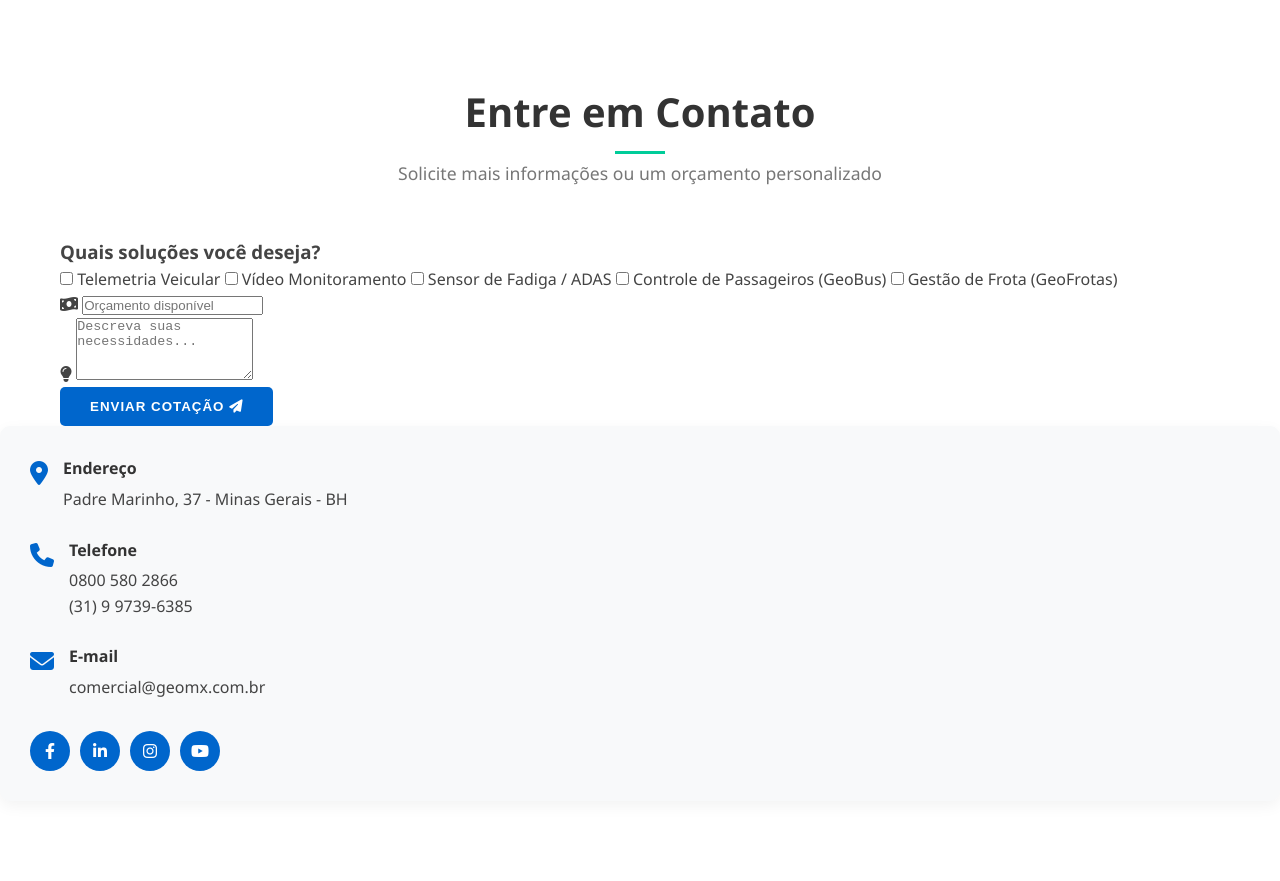
Repository: rocha1579/geomx
Page: telemetria.html
These files come from the project's save history. The page is drawn as it stood at one moment and after the next save; the edit follows.
The browser window is 1280 px wide. The pictures show the part of the page from y = 2314 to 3195 px (the page is 4063 px tall before and 4491 px after).
Pictures or frames that could not be fetched are drawn as grey boxes. Backgrounds fixed to the window are drawn as part of the page.

Above is the page before, as saved 2025-05-05 11:31:10.
Not found: menu-fix.js

After the next save:
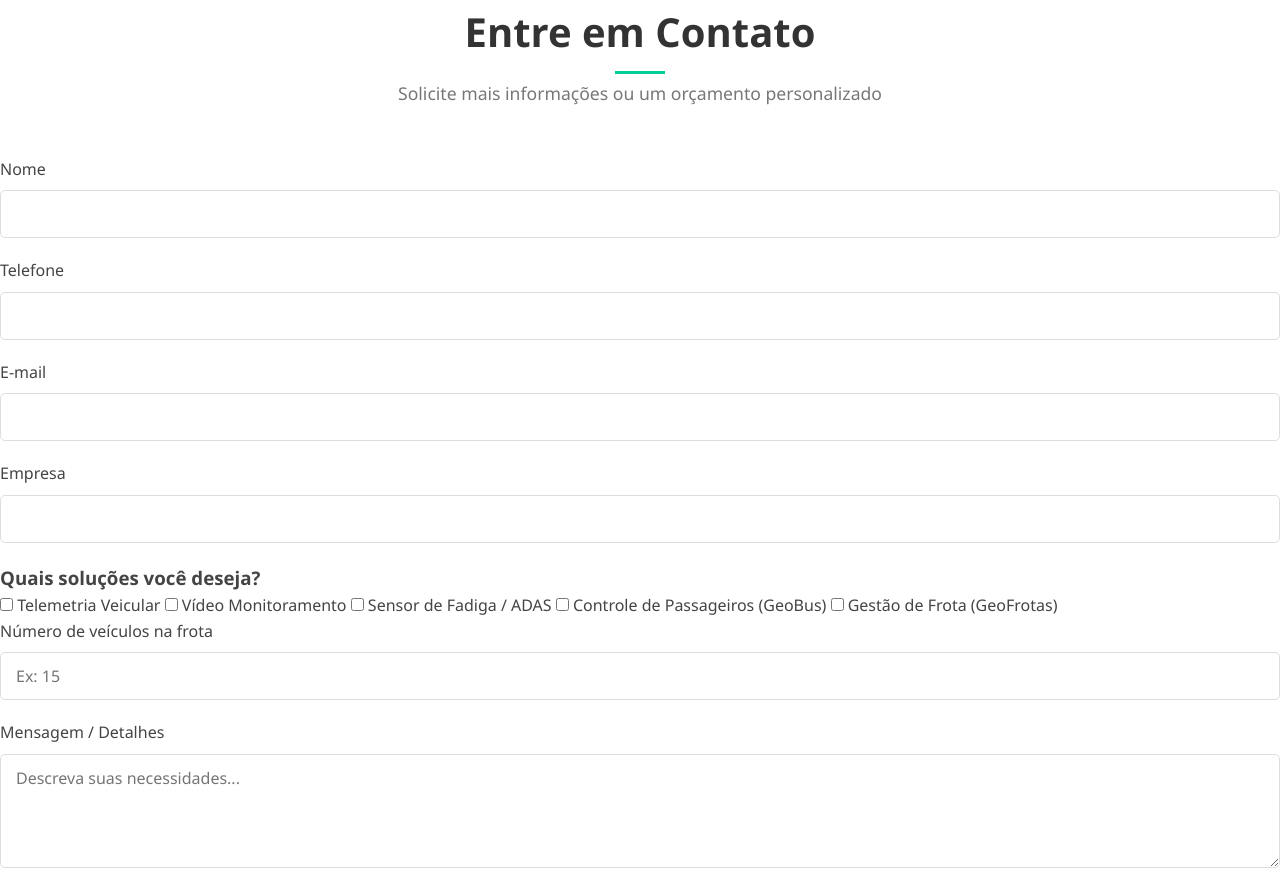
Saved 3 min 8 s later.
--- a/telemetria.html
+++ b/telemetria.html
@@ -320,68 +320,85 @@
             </div>
         </div>
     </section>
-    <section id="contato" class="contato">
-        <div class="container">
-            <div class="section-header">
-                <h2>Entre em Contato</h2>
-                <p>Solicite mais informações ou um orçamento personalizado</p>
-            </div>
-
-            <form action="https://formsubmit.co/gabrielalvessr@gmail.com" method="POST">
-                <!-- Configurações ocultas -->
-                <input type="hidden" name="_captcha" value="false">
-                <input type="hidden" name="_next" value="https://geomx.com.br/obrigado.html">
-                <input type="hidden" name="_template" value="table">
-                <input type="hidden" name="_subject" value="Solicitação de Cotação - Site GeoMX">
-
-                <!-- Programas de Interesse -->
-                <div class="checkbox-group">
-                    <h3>Quais soluções você deseja?</h3>
-                    <label class="checkbox-container">
-                        <input type="checkbox" name="solucoes" value="Telemetria Veicular">
-                        <span class="checkmark"></span>
-                        Telemetria Veicular
-                    </label>
-                    <label class="checkbox-container">
-                        <input type="checkbox" name="solucoes" value="Vídeo Monitoramento">
-                        <span class="checkmark"></span>
-                        Vídeo Monitoramento
-                    </label>
-                    <label class="checkbox-container">
-                        <input type="checkbox" name="solucoes" value="Sensor de Fadiga / ADAS">
-                        <span class="checkmark"></span>
-                        Sensor de Fadiga / ADAS
-                    </label>
-                    <label class="checkbox-container">
-                        <input type="checkbox" name="solucoes" value="Controle de Passageiros (GeoBus)">
-                        <span class="checkmark"></span>
-                        Controle de Passageiros (GeoBus)
-                    </label>
-                    <label class="checkbox-container">
-                        <input type="checkbox" name="solucoes" value="Gestão de Frota (GeoFrotas)">
-                        <span class="checkmark"></span>
-                        Gestão de Frota (GeoFrotas)
-                    </label>
-                </div>
-
-                <!-- Orçamento -->
-                <div class="input-group">
-                    <i class="fas fa-money-bill-wave"></i>
-                    <input type="text" name="investimento" placeholder="Orçamento disponível">
-                </div>
-
-                <!-- Detalhes -->
-                <div class="input-group">
-                    <i class="fas fa-lightbulb"></i>
-                    <textarea name="detalhes" rows="4" placeholder="Descreva suas necessidades..."></textarea>
-                </div>
-
-                <!-- Botão -->
-                <button type="submit" class="btn-primary">
-                    <span>Enviar Cotação</span>
-                    <i class="fas fa-paper-plane"></i>
-                </button>
-            </form>
+    <div class="section-header">
+        <h2>Entre em Contato</h2>
+        <p>Solicite mais informações ou um orçamento personalizado</p>
+    </div>
+
+    <form action="https://formsubmit.co/gabrielalvessr@gmail.com" method="POST">
+        <!-- Configurações ocultas -->
+        <input type="hidden" name="_captcha" value="false">
+        <input type="hidden" name="_next" value="https://geomx.com.br/obrigado.html">
+        <input type="hidden" name="_template" value="table">
+        <input type="hidden" name="_subject" value="Solicitação de Cotação - Site GeoMX">
+
+        <!-- Dados do contato -->
+        <div class="form-group">
+            <label for="nome">Nome</label>
+            <input type="text" id="nome" name="nome" required>
+        </div>
+        <div class="form-group">
+            <label for="telefone">Telefone</label>
+            <input type="tel" id="telefone" name="telefone">
+        </div>
+        <div class="form-group">
+            <label for="email">E-mail</label>
+            <input type="email" id="email" name="email" required>
+        </div>
+        <div class="form-group">
+            <label for="empresa">Empresa</label>
+            <input type="text" id="empresa" name="empresa">
+        </div>
+
+        <!-- Soluções desejadas -->
+        <div class="checkbox-group">
+            <h3>Quais soluções você deseja?</h3>
+            <label class="checkbox-container">
+                <input type="checkbox" name="solucoes" value="Telemetria Veicular">
+                <span class="checkmark"></span>
+                Telemetria Veicular
+            </label>
+            <label class="checkbox-container">
+                <input type="checkbox" name="solucoes" value="Vídeo Monitoramento">
+                <span class="checkmark"></span>
+                Vídeo Monitoramento
+            </label>
+            <label class="checkbox-container">
+                <input type="checkbox" name="solucoes" value="Sensor de Fadiga / ADAS">
+                <span class="checkmark"></span>
+                Sensor de Fadiga / ADAS
+            </label>
+            <label class="checkbox-container">
+                <input type="checkbox" name="solucoes" value="Controle de Passageiros (GeoBus)">
+                <span class="checkmark"></span>
+                Controle de Passageiros (GeoBus)
+            </label>
+            <label class="checkbox-container">
+                <input type="checkbox" name="solucoes" value="Gestão de Frota (GeoFrotas)">
+                <span class="checkmark"></span>
+                Gestão de Frota (GeoFrotas)
+            </label>
+        </div>
+
+        <!-- Número de veículos -->
+        <div class="form-group">
+            <label for="veiculos">Número de veículos na frota</label>
+            <input type="number" id="veiculos" name="veiculos" min="1" placeholder="Ex: 15">
+        </div>
+
+        <!-- Detalhes -->
+        <div class="form-group">
+            <label for="detalhes">Mensagem / Detalhes</label>
+            <textarea id="detalhes" name="detalhes" rows="4" placeholder="Descreva suas necessidades..."></textarea>
+        </div>
+
+        <!-- Botão de envio -->
+        <button type="submit" class="btn-primary">
+            <span>Enviar Mensagem</span>
+            <i class="fas fa-paper-plane"></i>
+        </button>
+    </form>
+
 
             </div>
           </div>
